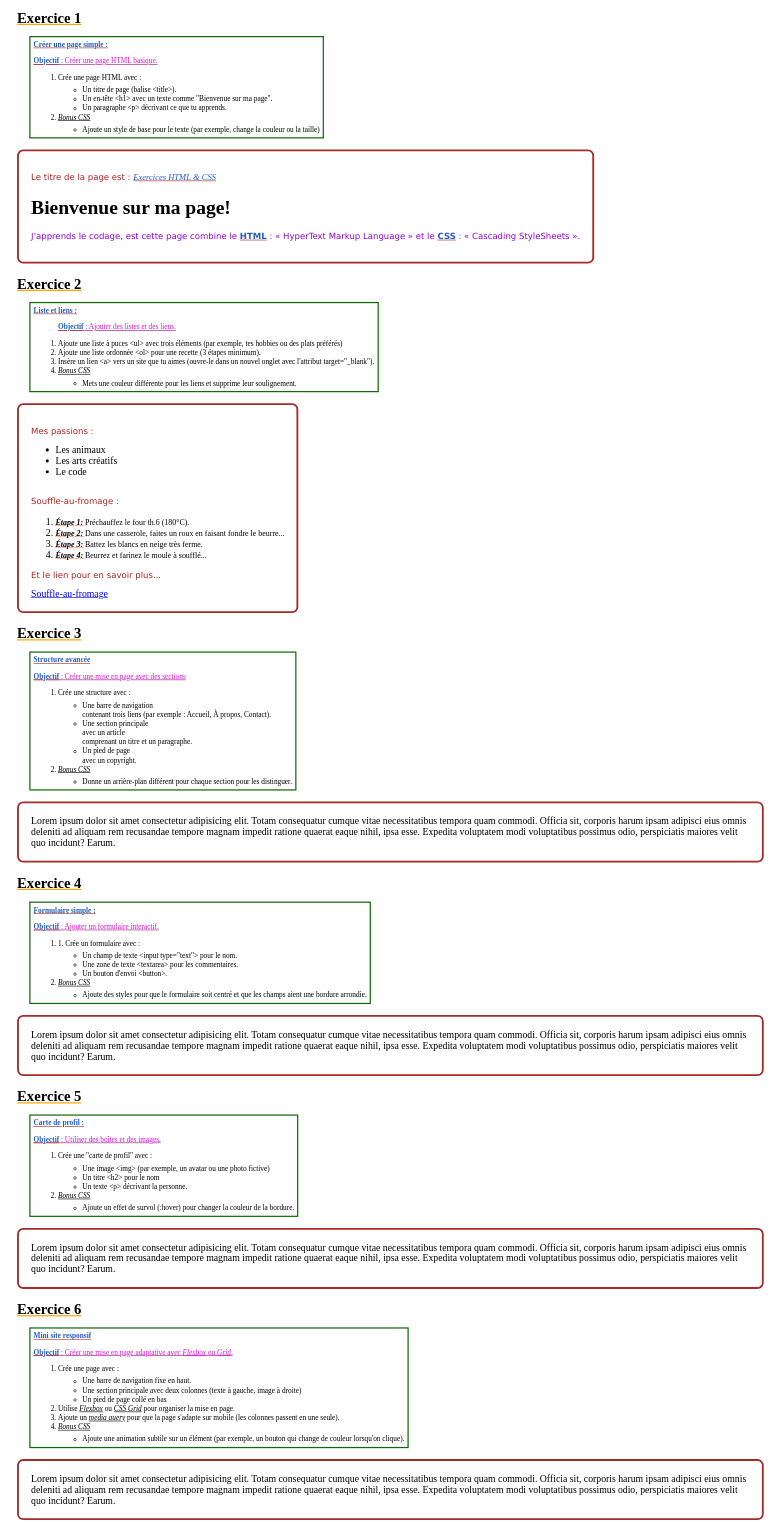
Repository: AnnaSpirit/Mimo_App
Page: Exercices_HTML&CSS.html
The author's editor kept a copy of each file at every save. The page is drawn from the files as they stood at one save, then again after the next save.
The browser window is 1280 px wide. The pictures show the whole page, at 61% of full size.

Above is the page before, as saved 2024-12-08 16:38:33.

### Exercices_HTML&CSS.html
<!DOCTYPE html>
<html lang="en">

<head>
    <meta charset="UTF-8">
    <meta name="viewport" content="width=device-width, initial-scale=1.0">
    <link rel="stylesheet" href="styleCSS.css">
    <title>Exercices HTML & CSS</title>
</head>

<body>
    <div>
        <span class="Ex">
            <h1>Exercice 1</h1>
            <span class="Consigne"><b>Créer une page simple :</b><br>
                <p><b>Objectif</b> : Créer une page HTML basique.</p>
                <ol>
                    <li>Crée une page HTML avec :
                        <ul>
                            <li>Un titre de page (balise &lt;title&gt;).</li>
                            <li>Un en-tête &lt;h1&gt; avec un texte comme "Bienvenue sur ma page".</li>
                            <li>Un paragraphe &lt;p&gt; décrivant ce que tu apprends.</li>
                        </ul>
                    </li>
                    <li><em>Bonus CSS</em>
                        <ul>
                            <li>Ajoute un style de base pour le texte (par exemple, change la couleur ou la taille)</li>
                        </ul>
                    </li>
                </ol>
            </span>
        </span>
        <br>
        <br>
        <span class="Resultat">
            <div>
                <span>
                    <p>Le titre de la page est : <em>Exercices HTML & CSS</em>
                    <h1>Bienvenue sur ma page!</h1>
                    <p id="apprend">
                        J'apprends le codage, est cette page combine le <b>HTML</b> : « HyperText Markup Language » et
                        le <b>CSS</b> : « Cascading StyleSheets ».
                    </p>
                    </p>
                </span>
            </div>
        </span>

    </div>
    <div>
        <span class="Ex">
            <h1>Exercice 2</h1>
            <span class="Consigne"><b>Liste et liens :</b>
                <ol>
                    <p><b>Objectif</b> : Ajouter des listes et des liens.</p>
                    <li>Ajoute une liste à puces &lt;ul&gt; avec trois éléments (par exemple, tes hobbies ou des plats
                        préférés)</li>
                    <li>Ajoute une liste ordonnée &lt;ol&gt; pour une recette (3 étapes minimum).</li>
                    <li>Insère un lien &lt;a&gt; vers un site que tu aimes (ouvre-le dans un nouvel onglet avec
                        l'attribut target="_blank").</li>
                    <li><em>Bonus CSS</em>
                        <ul>
                            <li>Mets une couleur différente pour les liens et supprime leur soulignement.</li>
                        </ul>
                    </li>
                </ol>
            </span>
        </span>
        <br>
        <br>
        <span class="Resultat">
            <p>Mes passions :</p>
            <ul>
                <li>Les animaux</li>
                <li>Les arts créatifs</li>
                <li>Le code</li>
            </ul><br>
            <p>Souffle-au-fromage :</p>
            <ol>
                <li><b class="etape">Étape 1: </b>
                    <span class="a_faire">Préchauffez le four th.6 (180°C).</span>
                </li>
                <li><b class="etape">Étape 2: </b>
                    <span class="a_faire">Dans une casserole, faites un roux en faisant fondre le beurre...</span>
                </li>
                <li><b class="etape">Étape 3: </b>
                    <span class="a_faire">Battez les blancs en neige très ferme.</span>
                </li>
                <li><b class="etape">Étape 4: </b>
                    <span class="a_faire">Beurrez et farinez le moule à soufflé...</span>
                </li>
            </ol>
            <p>Et le lien pour en savoir plus...</p>
            <a href="https://www.cuisineaz.com/recettes/souffle-au-fromage-facile-et-rapide-50444.aspx#preparation"
                target="_blank"> Souffle-au-fromage</a>
        </span>

    </div>
    <div>
        <span class="Ex">
            <h1>Exercice 3</h1>
            <span class="Consigne"><b>Structure avancée</b><br>
                <p><b>Objectif</b> : Créer une mise en page avec des sections</p>
                <ol>
                    <li>Crée une structure avec :</li>
                    <ul>
                        <li>Une barre de navigation <nav> contenant trois liens (par exemple : Accueil, À propos,
                                Contact).</li>
                        <li>Une section principale <main> avec un article <article> comprenant un titre et un
                                    paragraphe.</li>
                        <li>Un pied de page <footer> avec un copyright.</li>
                    </ul>
                    <li><em>Bonus CSS </em></li>
                    <ul>
                        <li>Donne un arrière-plan différent pour chaque section pour les distinguer.</li>
                    </ul>
                    </li>
                </ol>
            </span>
        </span>
        <br>
        <br>
        <span class="Resultat">Lorem ipsum dolor sit amet consectetur adipisicing elit. Totam consequatur cumque vitae
            necessitatibus tempora quam commodi. Officia sit, corporis harum ipsam adipisci eius omnis deleniti ad
            aliquam rem
            recusandae tempore magnam impedit ratione quaerat eaque nihil, ipsa esse. Expedita voluptatem modi
            voluptatibus
            possimus odio, perspiciatis maiores velit quo incidunt? Earum.</span>
    </div>
    <div>
        <span class="Ex">
            <h1>Exercice 4</h1>
            <span class="Consigne"><b>Formulaire simple :</b><br>
                <p><b>Objectif</b> : Ajouter un formulaire interactif.</p>
                <ol>
                    <li>1. Crée un formulaire avec :</li>
                    <ul>
                        <li>Un champ de texte &lt;input type="text"&gt; pour le nom.</li>
                        <li>Une zone de texte &lt;textarea&gt; pour les commentaires.</li>
                        <li>Un bouton d'envoi &lt;button&gt;.</li>
                    </ul>
                    </li>
                    <li><em>Bonus CSS</em>
                        <ul>
                            <li>Ajoute des styles pour que le formulaire soit centré et que les champs aient une bordure
                                arrondie.</li>
                        </ul>
                    </li>
                </ol>
            </span>
        </span>
        <br>
        <br>
        <span class="Resultat">Lorem ipsum dolor sit amet consectetur adipisicing elit. Totam consequatur cumque vitae
            necessitatibus tempora quam commodi. Officia sit, corporis harum ipsam adipisci eius omnis deleniti ad
            aliquam rem
            recusandae tempore magnam impedit ratione quaerat eaque nihil, ipsa esse. Expedita voluptatem modi
            voluptatibus
            possimus odio, perspiciatis maiores velit quo incidunt? Earum.</span>
    </div>
    </div>
    <div>
        <span class="Ex">
            <h1>Exercice 5</h1>
            <span class="Consigne"><b>Carte de profil :</b><br>
                <p><b>Objectif</b> : Utiliser des boîtes et des images.</p>
                <ol>
                    <li>Crée une "carte de profil" avec :</li>
                    <ul>
                        <li>Une image &lt;img&gt; (par exemple, un avatar ou une photo fictive)</li>
                        <li>Un titre &lt;h2&gt; pour le nom</li>
                        <li>Un texte &lt;p&gt; décrivant la personne.</li>
                    </ul>
                    <li><em>Bonus CSS</em></li>
                    <ul>
                        <li>Ajoute un effet de survol (:hover) pour changer la couleur de la bordure.</li>
                    </ul>
                    </li>
                </ol>
            </span>
        </span>
        <br>
        <br>
        <span class="Resultat">Lorem ipsum dolor sit amet consectetur adipisicing elit. Totam consequatur cumque vitae
            necessitatibus tempora quam commodi. Officia sit, corporis harum ipsam adipisci eius omnis deleniti ad
            aliquam rem
            recusandae tempore magnam impedit ratione quaerat eaque nihil, ipsa esse. Expedita voluptatem modi
            voluptatibus
            possimus odio, perspiciatis maiores velit quo incidunt? Earum.</span>
    </div>
    <div>
        <span class="Ex">
            <h1>Exercice 6</h1>
            <span class="Consigne"><b>Mini site responsif</b><br>
                <p><b>Objectif</b> : Créer une mise en page adaptative avec <em class="select">Flexbox</em> ou <em
                        class="select">Grid</em>.
                <ol>
                    <li>Crée une page avec :</li>
                    <ul>
                        <li>Une barre de navigation fixe en haut.</li>
                        <li>Une section principale avec deux colonnes (texte à gauche, image à droite)</li>
                        <li>Un pied de page collé en bas</li>
                    </ul>
                    </li>
                    <li>Utilise <em class="select">Flexbox</em> ou <em class="select">CSS Grid</em> pour organiser la
                        mise en page.</li>
                    <li>Ajoute un <em class="select">media query</em> pour que la page s'adapte sur mobile (les colonnes
                        passent en une seule).</li>
                    <li><em>Bonus CSS</em>
                        <ul>
                            <li>Ajoute une animation subtile sur un élément (par exemple, un bouton qui change de
                                couleur lorsqu'on clique).</li>
                        </ul>
                    </li>
                </ol>
            </span>
        </span>
        <br>
        <br>
        <span class="Resultat">Lorem ipsum dolor sit amet consectetur adipisicing elit. Totam consequatur cumque vitae
            necessitatibus tempora quam commodi. Officia sit, corporis harum ipsam adipisci eius omnis deleniti ad
            aliquam rem
            recusandae tempore magnam impedit ratione quaerat eaque nihil, ipsa esse. Expedita voluptatem modi
            voluptatibus
            possimus odio, perspiciatis maiores velit quo incidunt? Earum.</span>
    </div>
</body>

</html>

### styleCSS.css
html {
    margin: 0 20px 0 20px;
}

.Ex {
    font-size: 12px;
}

.Ex h1 {
    font-weight: bold;
    font-size: x-large;
    text-decoration: underline orange;
}

.Ex .Consigne {
    border: 2px solid rgb(18, 103, 10);
    /* Une bordure noire de 2px */
    padding: 5px;
    /* Espace entre le texte et la bordure */
    display: inline-block;
    /* S'assurer que la bordure s'adapte au texte */
    margin: 0 20px;
    /* Décalage de 20px à droite et à gauche */
}

.Ex p {
    text-decoration: underline rgb(149, 18, 112);
    color: rgb(228, 7, 228);
}

.Ex ol,
ul {
    margin-top: 5px;
    margin-bottom: 0;
}

.EX b,
em {
    font-family: fantasy;
    text-decoration: underline;
}

.EX .select {
    font-style: oblique;
}



.Resultat {
    border: 3px solid brown;
    /* Une bordure noire de 2px */
    padding: 20px;
    /* Espace entre le texte et la bordure */
    border-radius: 10px;
    /* Coins arrondis */
    display: inline-block;
    /* S'assurer que la bordure s'adapte au texte */
    margin: 0 px 0 px;
    overflow: hidden;
    /* Empêche les enfants de déborder */
}

.Resultat p {
    font-family: 'Lucida Sans', 'Lucida Sans Regular', 'Lucida Grande', 'Lucida Sans Unicode', Geneva, Verdana, sans-serif;
    font-size: 14px;
    color: firebrick;
}

.Resultat em,
b {
    color: rgb(33, 92, 196);
    text-decoration: underline brown;
}

.Resultat #apprend {
    color: darkviolet;

}

.Resultat .a_faire,
.etape {
    font-family: 'Times New Roman', Times, serif;
    color: black;
    font-size: small;
    text-decoration: none;

}

.Resultat .etape {
    font-style: italic;
    text-decoration: underline dotted orangered;
}

.Resultat a {
    color: blue;
    text-decoration: underline;
}

After the next save:
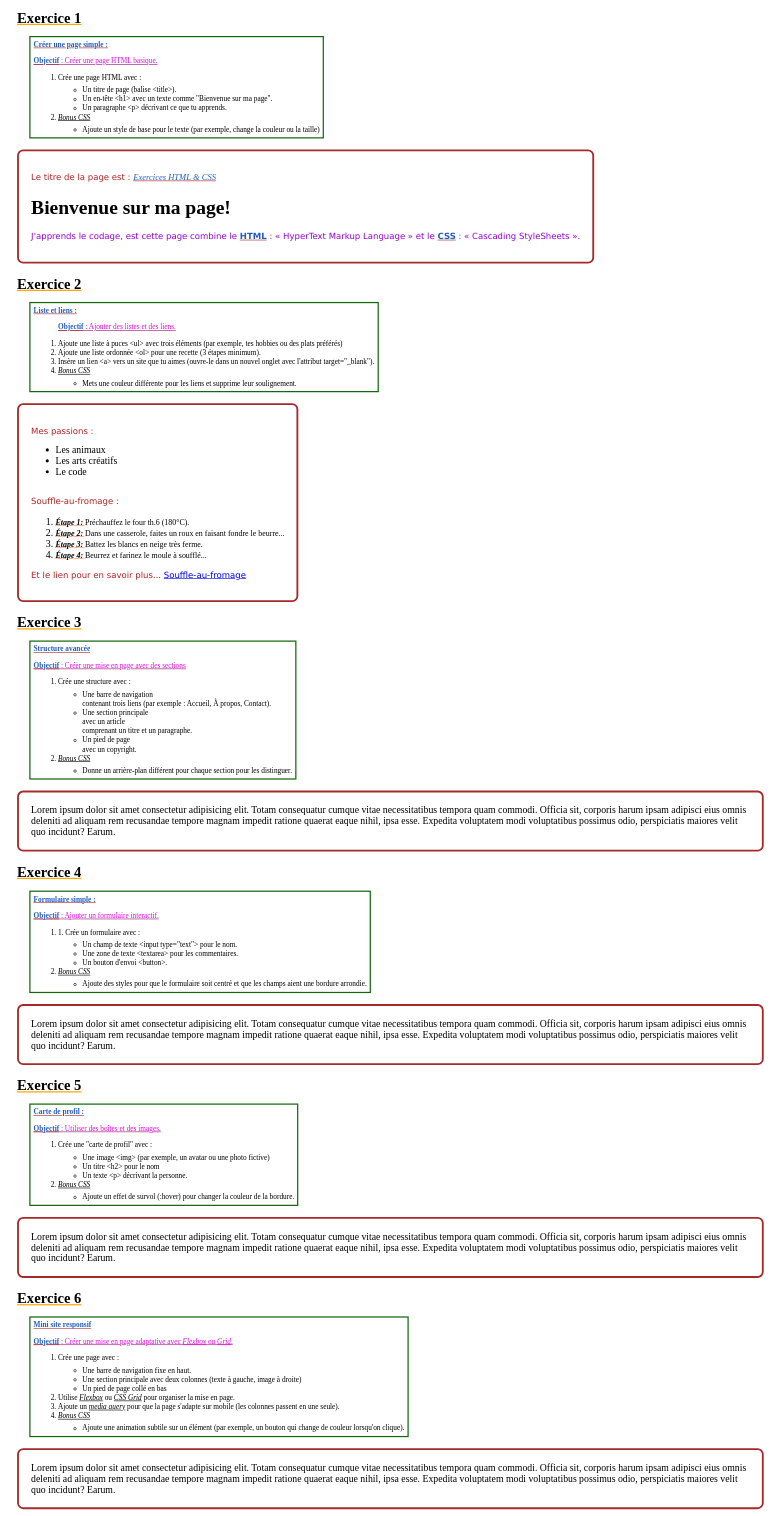
Saved 11 s later.
--- a/Exercices_HTML&CSS.html
+++ b/Exercices_HTML&CSS.html
@@ -90,9 +90,9 @@
                     <span class="a_faire">Beurrez et farinez le moule à soufflé...</span>
                 </li>
             </ol>
-            <p>Et le lien pour en savoir plus...</p>
+            <p>Et le lien pour en savoir plus...
             <a href="https://www.cuisineaz.com/recettes/souffle-au-fromage-facile-et-rapide-50444.aspx#preparation"
-                target="_blank"> Souffle-au-fromage</a>
+                target="_blank"> Souffle-au-fromage</a></p>
         </span>
 
     </div>
